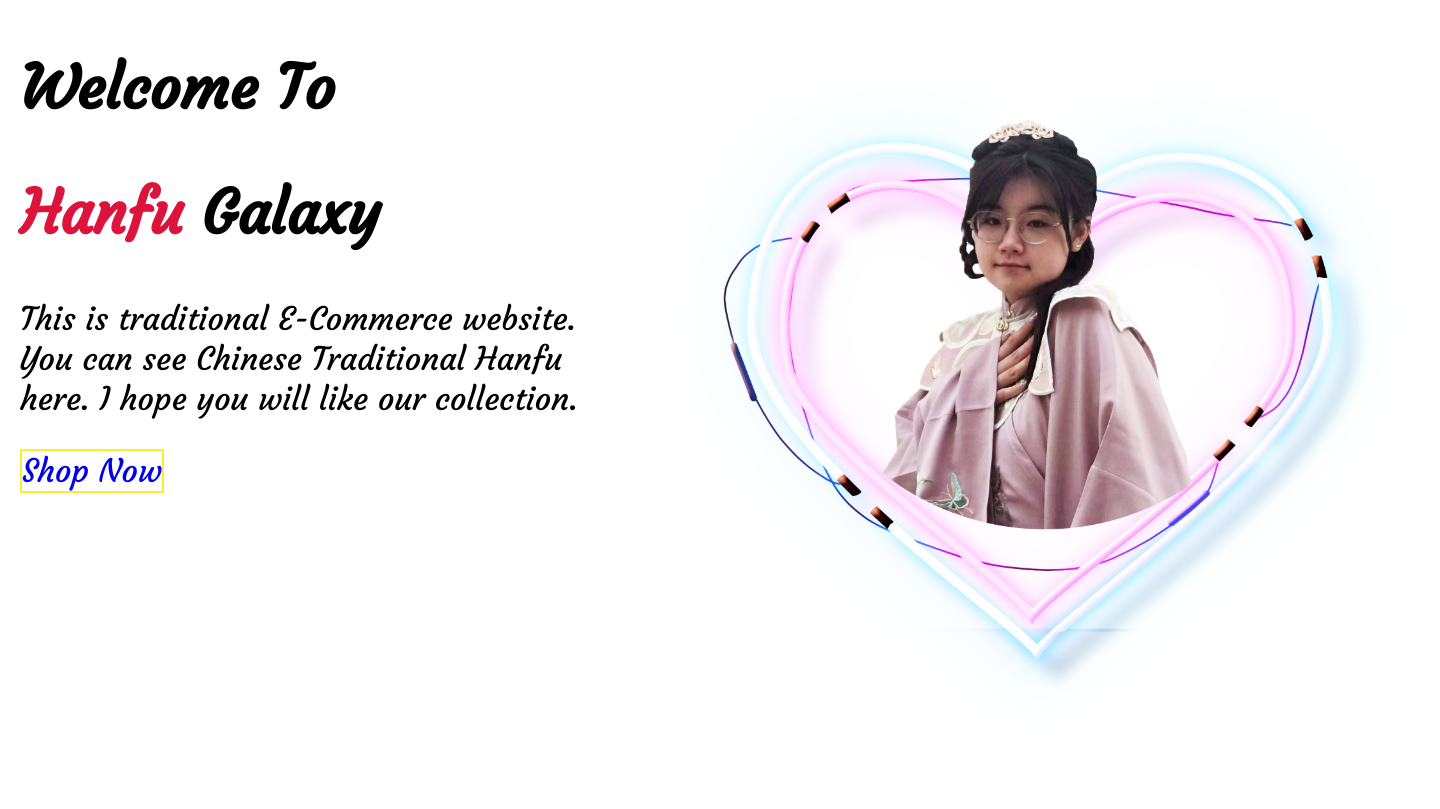
Repository: ramizraaz/E-Commerce
Page: index.html
These files come from the project's save history. The page is drawn as it stood at one moment and after the next save; the edit follows.
The browser window is 1280 px wide. The page is 1440 px wide, so the pictures cover 1440 px, including what lies to the right of the window. The pictures show the whole page.

Above is the page before, as saved 2022-02-06 20:53:16.

### index.html
<!DOCTYPE html>
<html lang="en">

<head>
    <meta charset="UTF-8">
    <meta http-equiv="X-UA-Compatible" content="IE=edge">
    <meta name="viewport" content="width=device-width, initial-scale=1.0">
    <title>Document</title>
    <link rel="stylesheet" href="main.css">
</head>

<body>
    <section class="top">
        <div class="container">
            <h1>Welcome To </h1>
            <h1><span> Hanfu </span>Galaxy</h1>
            <p>This is traditional E-Commerce website. You can see Chinese Traditional Hanfu here. I hope you will like our collection.
            </p>
            <a href="index.html">Shop Now</a>
        </div>
        <div class="container">
            <img src="images/bg-1.png" alt="showart">
        </div>
    </section>
</body>

</html>

### main.css
@import url('https://fonts.googleapis.com/css2?family=Courgette&display=swap');
body {
    font-family: 'Courgette', cursive;
    margin: 0;
    font-size: 2rem;
}

h1 {
    font-size: 60px;
}

span {
    color: crimson;
}

img {
    width: 800px;
}

a {
    text-decoration: none;
    border: 2px solid #f7f02d;
}

.top {
    display: flex;
    ;
}

.container {
    width: 50%;
    padding-left: 20px;
}

After the next save:
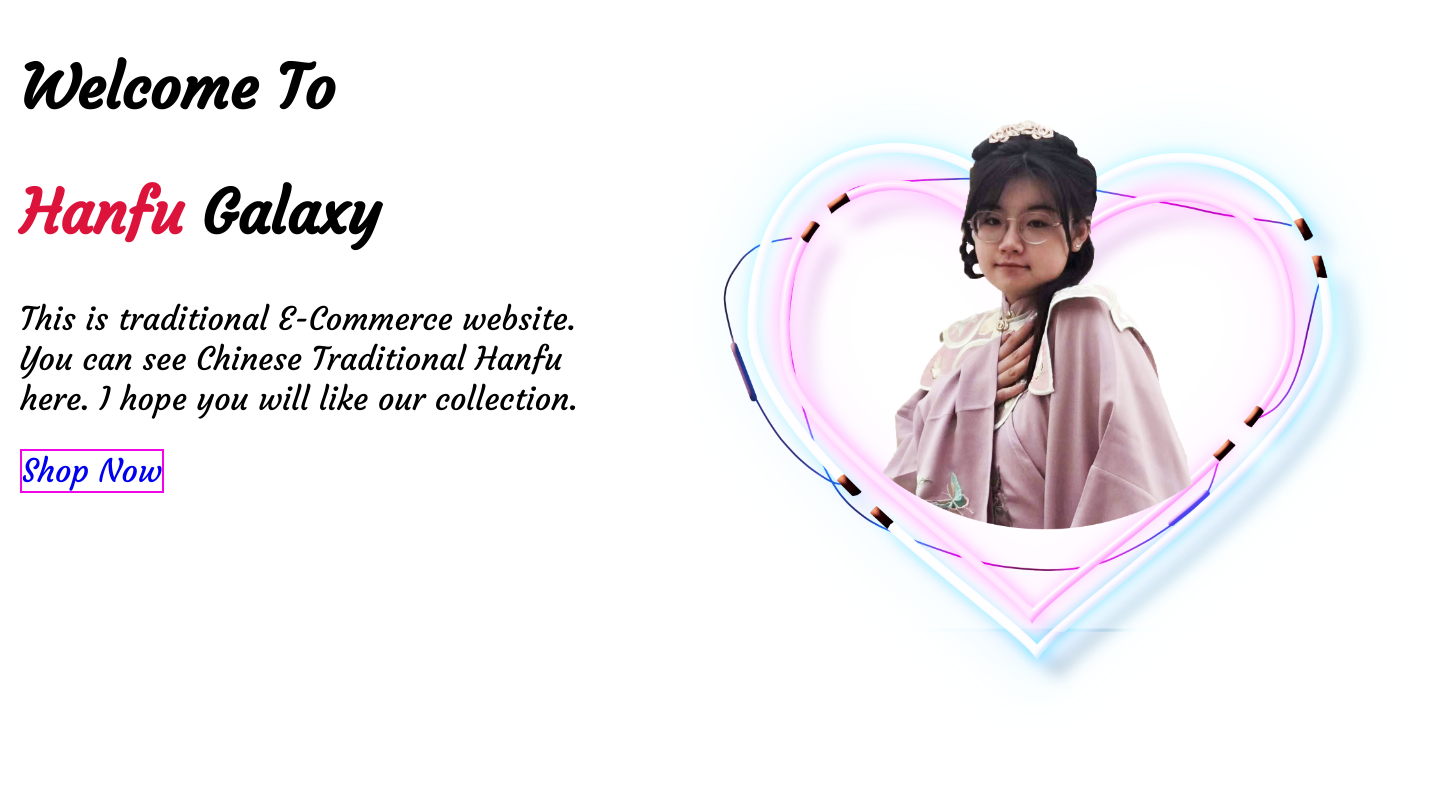
Saved 16 s later.
--- a/main.css
+++ b/main.css
@@ -19,7 +19,7 @@ img {
 
 a {
     text-decoration: none;
-    border: 2px solid #f7f02d;
+    border: 2px solid #f104e6;
 }
 
 .top {
